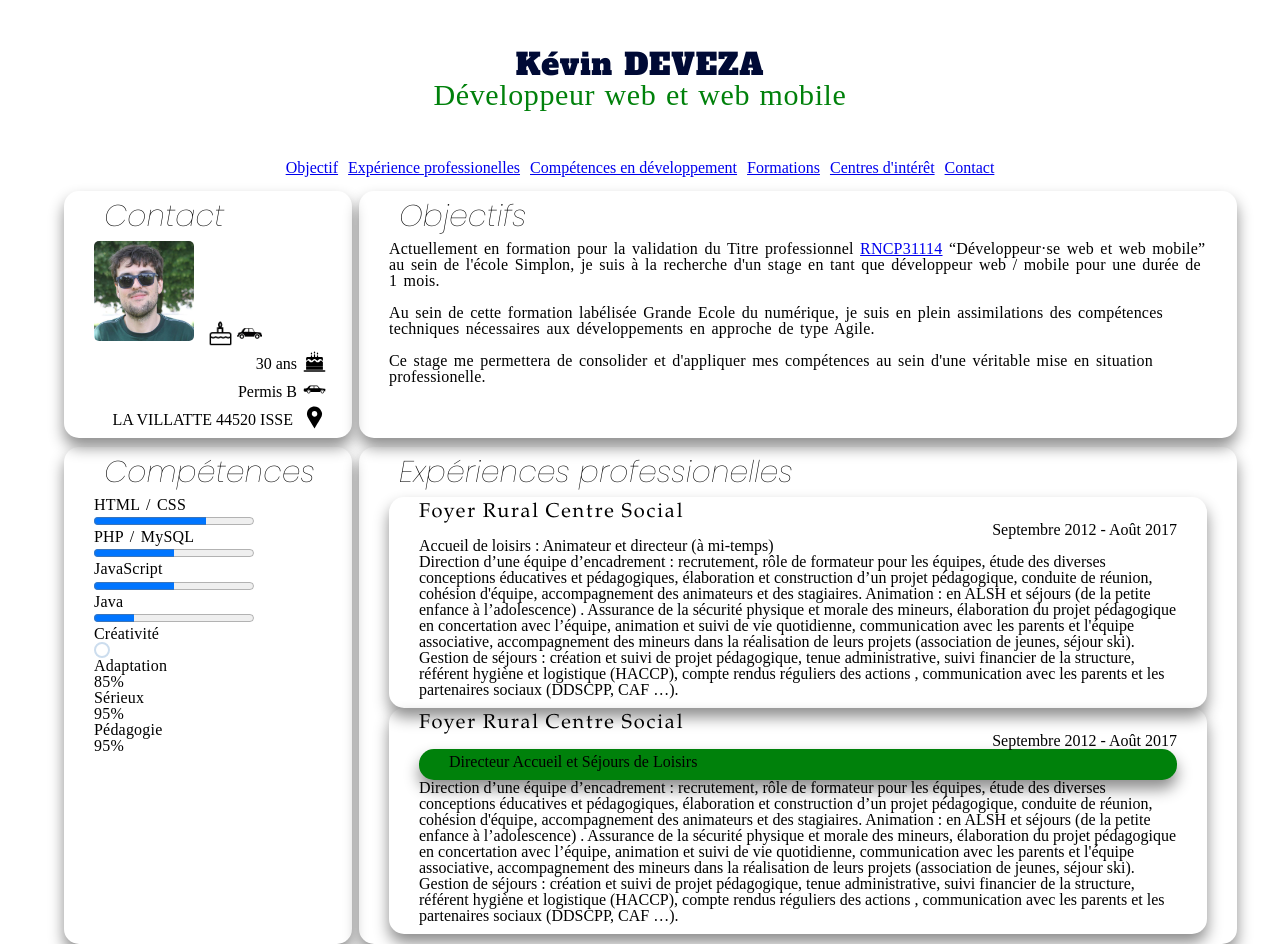
Repository: KevinDvZ/kevindvz.github.io
Page: index.html
The author's editor kept a copy of each file at every save. The page is drawn from the files as they stood at one save, then again after the next save.
The browser window is 1280 px wide. The pictures show the whole page.

Above is the page before, as saved 2020-10-31 15:20:25.

### index.html
<!DOCTYPE html>
<html>
    <!--HEADER-->
<head>
    <title id="nomprenom">DEVEZA Kevin - Développeur Web et Web mobile.</title>
        <meta charset="utf-8" />
        <meta name="description" contents="CV de Kévin DEVEZA, développeur web  et web mobile junior."/>
        <link rel="stylesheet" href="css/cv_deveza.css" />
        <link rel="stylesheet" href="css/reset.css"/>
        <link href="https://fonts.googleapis.com/css2?family=Alfa+Slab+One&display=swap" rel="stylesheet">
        <link href="https://fonts.googleapis.com/css2?family=Abril+Fatface&display=swap" rel="stylesheet">
        <link href="https://fonts.googleapis.com/css2?family=Poppins:ital,wght@1,100&display=swap" rel="stylesheet">
        <meta name="viewport" content="width=device-width, initial-scale=1.0">    </head>

<body>

<header>

    <div class="text-center">
         <h1 id="nomprenom">Kévin DEVEZA</h1>
         <p id="metier">Développeur web et web mobile</p>
    </div>
</header>

<nav>
        <a class="menu" href="#intro">Objectif</a>
        <a class="menu" href="#experience">Expérience professionelles</a>
        <a class="menu" href="#langages">Compétences en développement</a>
        <a class="menu" href="#formations">Formations</a>
        <a class="menu" href="#interets">Centres d'intérêt</a>
        <a class="menu" href="#contact">Contact</a>
</nav>

<main>

<div class="cadre" id="cadre-obj">
        <h2 class="entete">Objectifs</h2>

    <p class="p-center"><p>Actuellement en formation pour la validation du Titre professionnel <a href="https://www.francecompetences.fr/recherche/rncp/31114/" target="_blank" rel="noopener">RNCP31114</a> <em>&ldquo;D&eacute;veloppeur&middot;se web et web mobile&rdquo;</em> au sein de l'&eacute;cole <em>Simplon</em>, je suis &agrave; la recherche d'un stage en tant que d&eacute;veloppeur web / mobile pour une dur&eacute;e de<em> 1 mois.</em><em></em></p>
    <p></p><br>
    <p>Au sein de cette formation lab&eacute;lis&eacute;e Grande Ecole du num&eacute;rique, je suis en plein assimilations des comp&eacute;tences techniques n&eacute;cessaires aux d&eacute;veloppements en approche de type Agile.</p>
    <p></p><br>
    <p>Ce stage me permettera de consolider et d'appliquer mes comp&eacute;tences au sein d'une v&eacute;ritable mise en situation professionelle.</p>
    <p></p></p>
</div>

<div id="cadre-contact">
    <div class="cadre">
      <h2 class="entete">Contact</h2>
      <img src="assets/img/solaire_cv.jpg" alt="image_profil" class="img">
      <img src="assets/icones/birthday_cake.png" alt="" class="icone">
      <img src="assets/icones/car.png" alt="" class="icone">
      <ul class="contact-liste">
        <li>30 ans<img src="assets/icones/birthday-cake.svg" class="icone"></li>
        <li>Permis B<img src="assets/icones/car.svg" alt="" class="icone"></li>
        <li>LA VILLATTE 44520 ISSE <img src="assets/icones/map.svg" class="icone"></li>
     </ul>
    </div>
</div>

<div class="cadre" id="skills">
                    <div class="cadre-jauges">
                        <h2 class="entete">Compétences</h2>
        <p>HTML / CSS<p>
        <progress id="file" max="100" value="70"> 70% </progress>
        <p>PHP / MySQL</p>
        <progress id="file" max="100" value="50"> 50% </progress>
        <p>JavaScript</p>
        <progress id="file" max="100" value="50"> 30% </progress>
        <p>Java<p>
        <progress id="file" max="100" value="25"> 25% </progress>
</div>
<div id="soft-skills">
    <p>Créativité</p>
    <div class="progress-circle" data-value="38">
        <div class="progress-masque">
            </div>
    </div>
    <p>Adaptation</p>
    <p>85%</p>
    <p>Sérieux</p>
    <p>95%</p>
    <p>Pédagogie</p>
    <p>95%</p>
</div>
    </div>

<div class="cadre" id="cadre-exp">
            <h2 class="entete">Expériences professionelles</h2>

            <div class="cadre">
                <h2 class="entreprise">Foyer Rural Centre Social</h2>
                <h3 class="dates">Septembre 2012 - Août 2017</h3>
                <p class="experience">
                    <h1>Accueil de loisirs : Animateur et directeur (à mi-temps)</h1>
                    Direction d’une équipe d’encadrement : recrutement, rôle de formateur pour les équipes, étude des diverses conceptions éducatives et pédagogiques, élaboration et construction d’un projet pédagogique, conduite de réunion, cohésion d'équipe, accompagnement des animateurs et des stagiaires.
                    Animation : en ALSH et séjours (de la petite enfance à l’adolescence) . Assurance de la sécurité physique et morale des mineurs, élaboration du projet pédagogique en concertation avec l’équipe, animation et suivi de vie quotidienne, communication avec les parents et l'équipe associative, accompagnement des mineurs dans la réalisation de leurs projets (association de jeunes, séjour ski).
                    Gestion de séjours : création et suivi de projet pédagogique, tenue administrative, suivi financier de la structure, référent hygiène et logistique (HACCP), compte rendus réguliers des actions , communication avec les parents et les partenaires sociaux (DDSCPP, CAF …).</p>
            </div>

            <div class="cadre" id="experiences">
                <h2 class="entreprise">Foyer Rural Centre Social</h2>
                <h3 class="dates">Septembre 2012 - Août 2017</h3>
                <div class="cadre">Directeur Accueil et Séjours de Loisirs</div>

                    Direction d’une équipe d’encadrement : recrutement, rôle de formateur pour les équipes, étude des diverses conceptions éducatives et pédagogiques, élaboration et construction d’un projet pédagogique, conduite de réunion, cohésion d'équipe, accompagnement des animateurs et des stagiaires.
                    Animation : en ALSH et séjours (de la petite enfance à l’adolescence) . Assurance de la sécurité physique et morale des mineurs, élaboration du projet pédagogique en concertation avec l’équipe, animation et suivi de vie quotidienne, communication avec les parents et l'équipe associative, accompagnement des mineurs dans la réalisation de leurs projets (association de jeunes, séjour ski).
                    Gestion de séjours : création et suivi de projet pédagogique, tenue administrative, suivi financier de la structure, référent hygiène et logistique (HACCP), compte rendus réguliers des actions , communication avec les parents et les partenaires sociaux (DDSCPP, CAF …).</p>
            </div>


</div>



</main>
<body>
</html>

### css/cv_deveza.css
header {
  padding: 30px;
  text-align: center;
}

.text-center {
  display: inline-block;
  text-align: center;
  padding: 50px;
}

#nomprenom {
  font-family: "Alfa Slab One", cursive;
  font-size: 30px;
  letter-spacing: 0.8px;
  word-spacing: 1.4px;
  color: #000a35;
}

#metier {
  font-size: 30px;
  letter-spacing: 0.6px;
  word-spacing: 1.4px;
  color: #00810b;
  margin-bottom: auto;
}

nav {
  display: inline-block;
  text-align: center;
  width: 100%;
  margin-bottom: 30px;
}
p {
  font-family: Georgia, serif;
  font-size: 14px;
  letter-spacing: 0.2px;
  word-spacing: 2.2px;
  color: #000000;
  font-weight: 400;
  text-decoration: rgb(68, 68, 68);
  font-style: normal;
  font-variant: normal;
  text-transform: none;
}

.pcenter {
  text-align: center;
}
.menu {
  margin: 3px 3px 3px 3px;
}

body {
  background: rgb(255, 255, 255);
}

main {
  margin-top: 50px;
  display: grid;
  gap: 9px 7px;
  height: auto;
  margin: 15px 5% auto 5%;
  grid-template-columns: repeat(4, 25%);
  grid-template-rows: auto;
  grid-template-areas:
    "contact obj obj obj"
    "skills exp exp exp";
}

#cadre-obj {
  grid-area: obj;
}

.entreprise {
  font-family: "Palatino Linotype", "Book Antiqua", Palatino, serif;
  font-size: 20px;
  letter-spacing: 1.8px;
  word-spacing: -1px;
  color: #000000;
  font-weight: 100;
  text-decoration: none;
  font-style: normal;
  font-variant: normal;
  text-transform: none;
}
h3 {
  text-align: right;
}

#cadre-contact {
  grid-area: contact;
  z-index: 0;
}

#cadre-exp {
  grid-area: exp;
  z-index: -50;
}

.img {
  max-height: 100px;
  min-height: 60px;
  width: auto;
  margin-right: 5px;
  border-radius: 5px;
}

.contact-liste li {
  list-style-type: none;
  text-align: right;
  position: inline;
}

.entete {
  font-family: "Abril Fatface", cursive;
  font-size: 30px;
  display: block;
  font-family: "Poppins", sans-serif;
  margin: 5px auto 10px 10px;
}

.cadre {
  box-shadow: 0 9px 15px rgba(0, 0, 0, 0.45);
  display: block;
  padding: 5px 30px 10px 30px;
  border-radius: 15px;
}

#skills {
  grid-area: skills;
  z-index: 2;
}

.icone {
  width: 25px;
  position: relative;
  top: 5px;
  left: 5px;
}

.progress-circle {
  position: inline; /* pour servir de référent */
  box-sizing: border-box; /* prise en compte bordure dans la dimension */
  font-size: 1em; /* pour définir les dimensions */
  width: 1em; /* fixe la largeur */
  height: 1em; /* fixe la hauteur */
  border-radius: 100%; /* rendu aspect circulaire */
  border: 0.15em solid #cde; /* couleur de fond de l'anneau */
  background-color: rgba(
    255,
    255,
    255,
    0
  ); /* couleur de fond de la progress bar */
}

.progress-masque {
  display: block;
}

#experiences .cadre {
  display: block;

  background-color: #00810b;
}

Loaded but not shown: css/reset.css (common file)

After the next save:
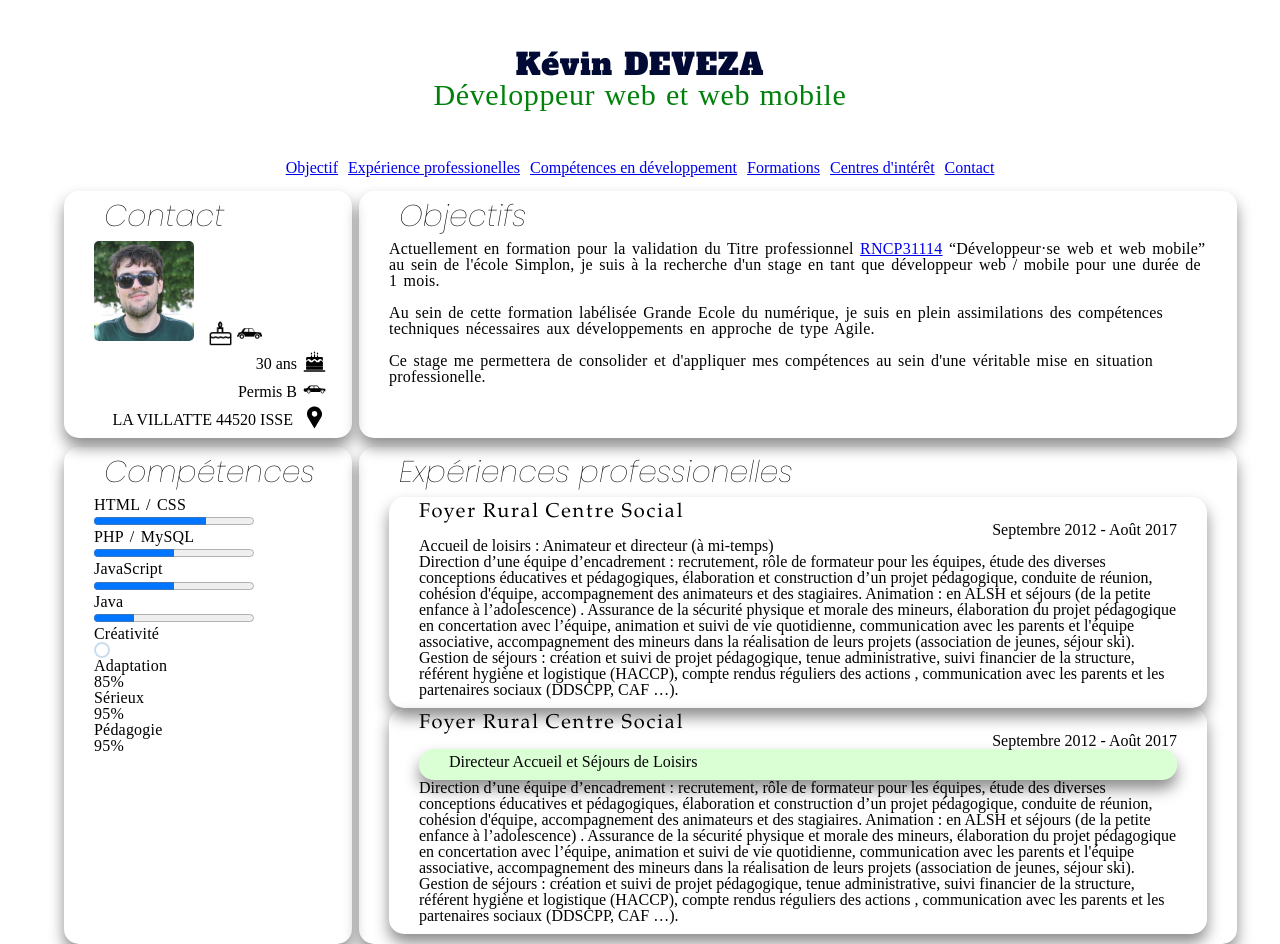
Saved 46 s later.
--- a/css/cv_deveza.css
+++ b/css/cv_deveza.css
@@ -162,5 +162,5 @@ h3 {
 #experiences .cadre {
   display: block;
 
-  background-color: #00810b;
+  background-color: #bfffb794;
 }
